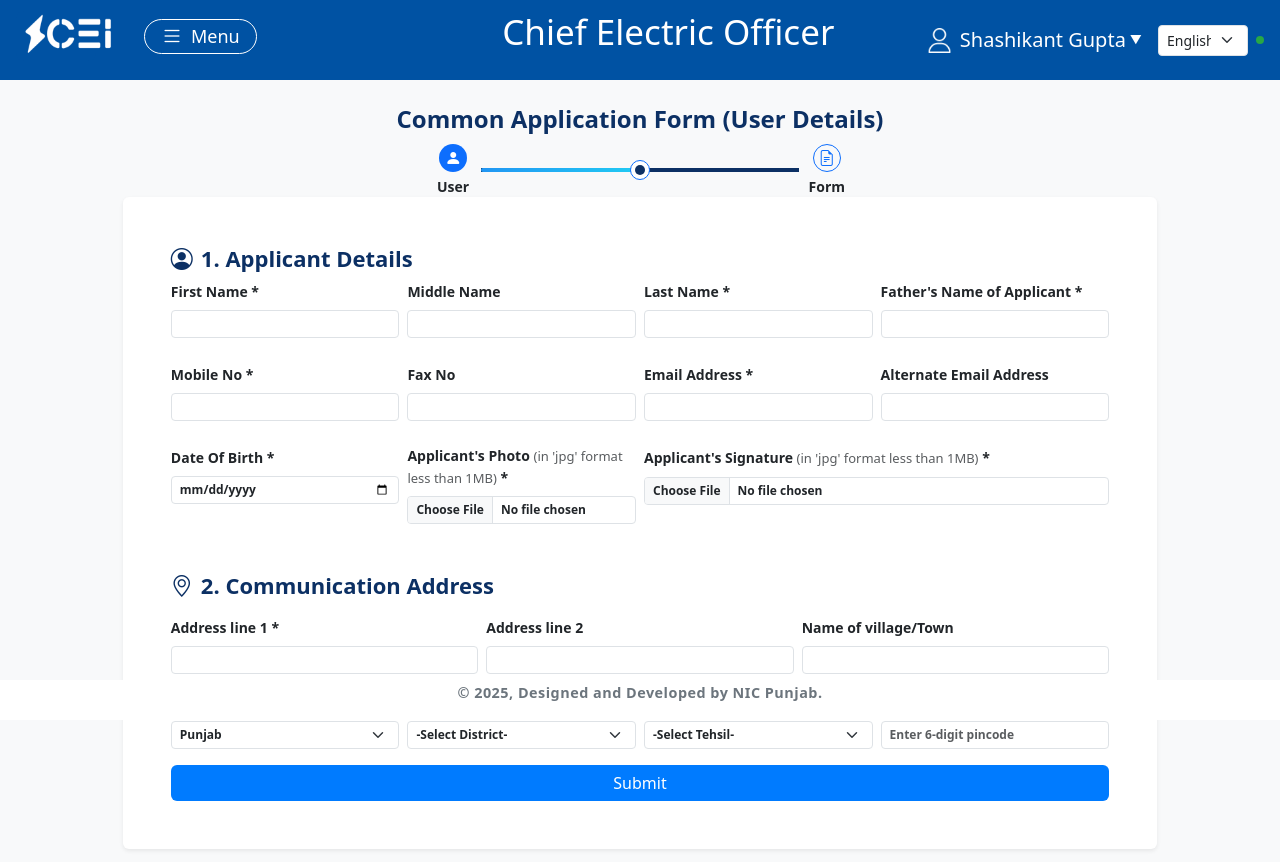
Repository: shashikantdev93-gif/CEI-sept
Page: /RegisterationForm
An editor plug-in stored every save of this project. The page is shown before and after the next save, followed by the edit.
The browser window is 1280 px wide. The pictures show the whole page.
The page's requests for data from a server got no answer. The project was rebuilt for these pictures with package versions that can differ from the ones it lists, and the page was loaded fresh each time. No one was signed in, and anything a server would have sent is missing. Also part of the build but not shown: vite.config.ts, src/styles/sidebar-zoom.css, src/components/PageComponent/Sidebar.tsx, src/components/PageComponent/Header2.tsx, src/components/PageComponent/PageHeader.tsx, src/components/Illustration/Illustration.tsx, src/components/CardContainer/CardContainer.tsx, src/hooks/useFormValidation.ts and 8 more. Imported but missing from the stored project, and not drawn on this page: src/components/ui.

Above is the page before, as saved 2025-07-28 08:44:07.

After the next save:
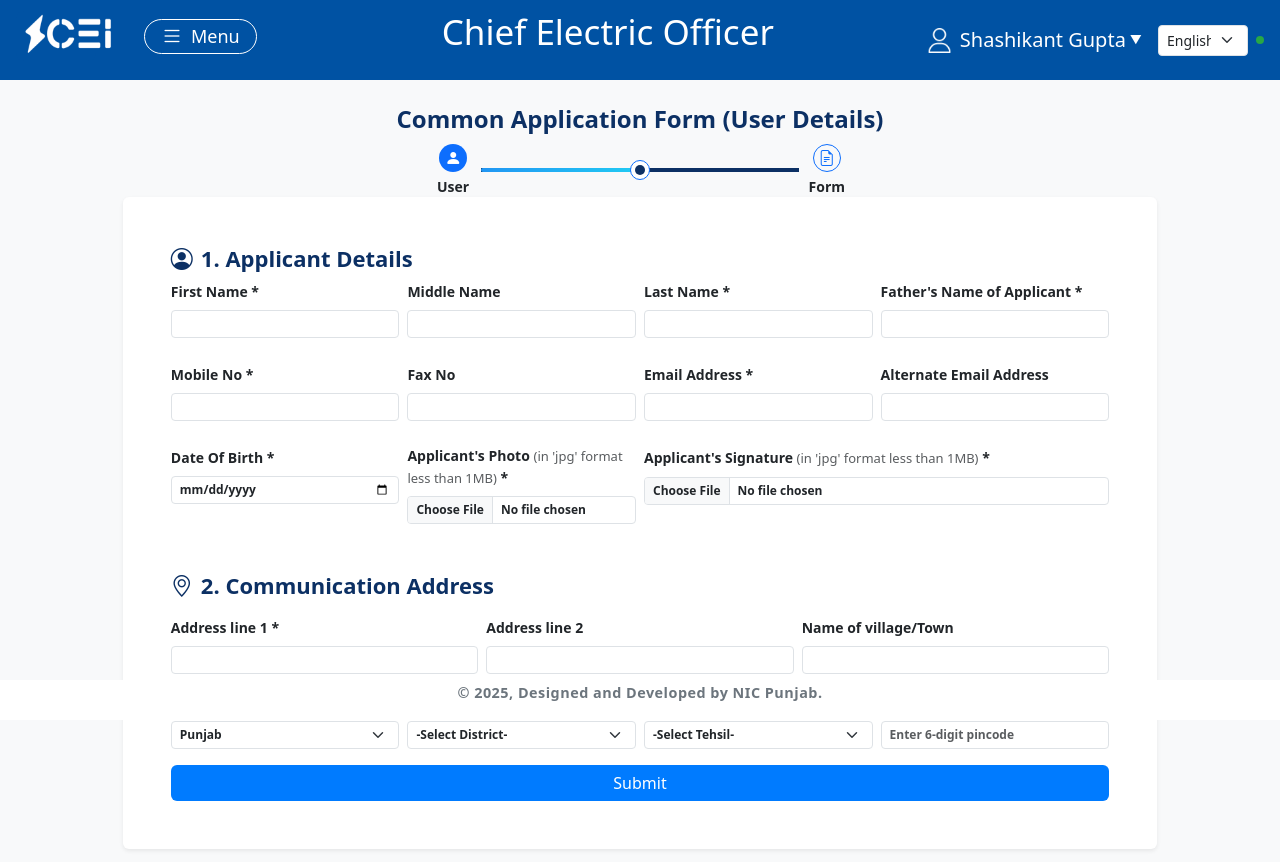
Saved 9 s later.
--- a/src/components/PageComponent/Header1.tsx
+++ b/src/components/PageComponent/Header1.tsx
@@ -71,7 +71,7 @@
         </div>
 
         {/* Center: Title */}
-        <div className="flex-grow-1 ms-3 d-flex align-items-center justify-content-center">
+        <div className="flex-grow-1 ms-5">
              <div className="title-box me-3 fw-bold" >
                   <h4 style={{ color: '#fff', fontSize: "35px", height: "50px", }}>Chief Electric Officer</h4>
                 </div>
